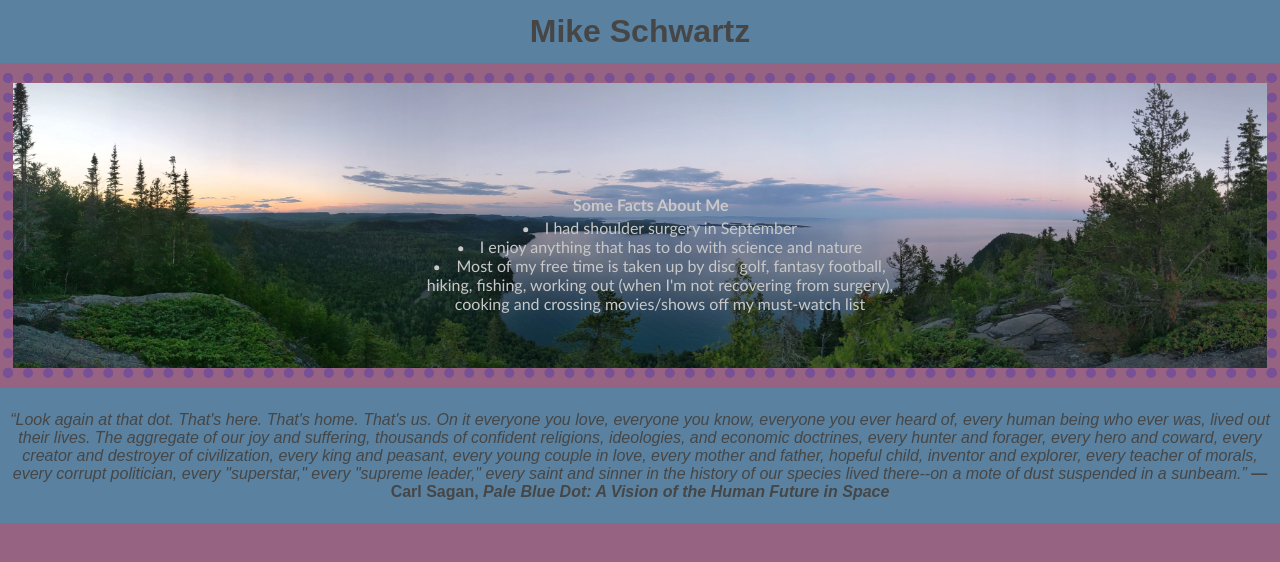
Repository: Ellusionism/prime-pw-week-1-assignment
Page: assignment/index.html
An editor plug-in stored every save of this project. The page is shown before and after a run of saves, followed by the edit.
The browser window is 1280 px wide. The pictures show the whole page.

Above is the page before, as saved 2022-10-26 17:10:35.

After the next 2 saves:
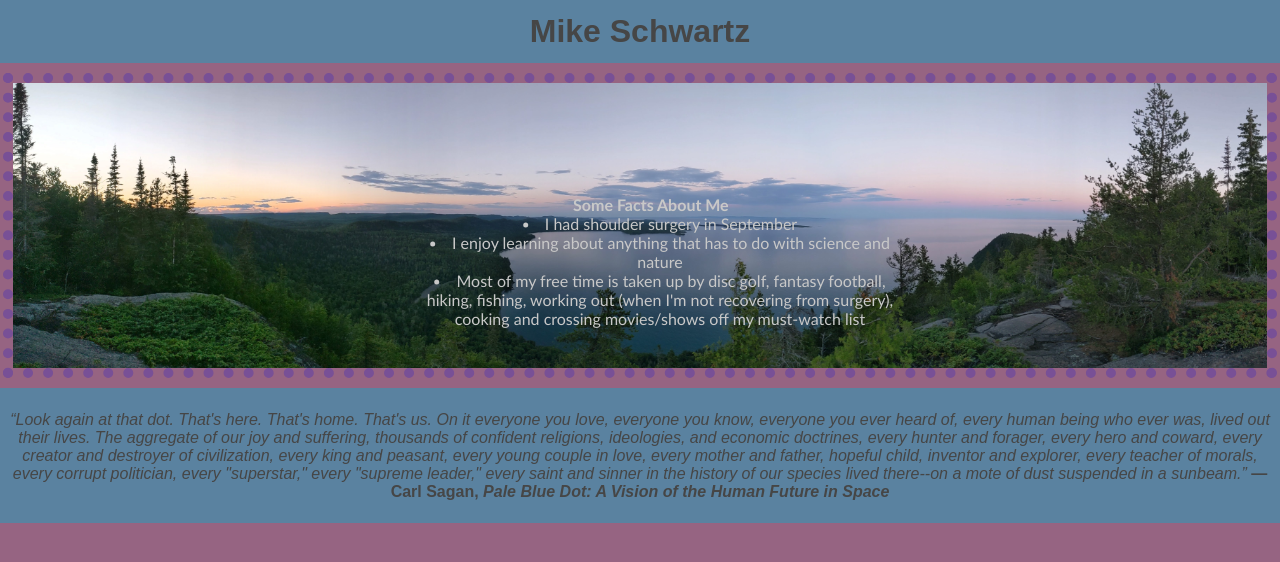
The 2 saves are shown as one change because they came seconds apart.
The last was saved 10 s later.
--- a/assignment/index.html
+++ b/assignment/index.html
@@ -27,7 +27,7 @@
         <h4 class="facts">Some Facts About Me</h4>
         <ul class="facts-list">
             <li>I had shoulder surgery in September</li>
-            <li>I enjoy anything that has to do with science and nature</li>
+            <li>I enjoy learning about anything that has to do with science and nature</li>
             <li>Most of my free time is taken up by disc golf, fantasy football, hiking, fishing, working out (when I'm not recovering from surgery), cooking and crossing movies/shows off my must-watch list</li>
         </ul>
     </div>
